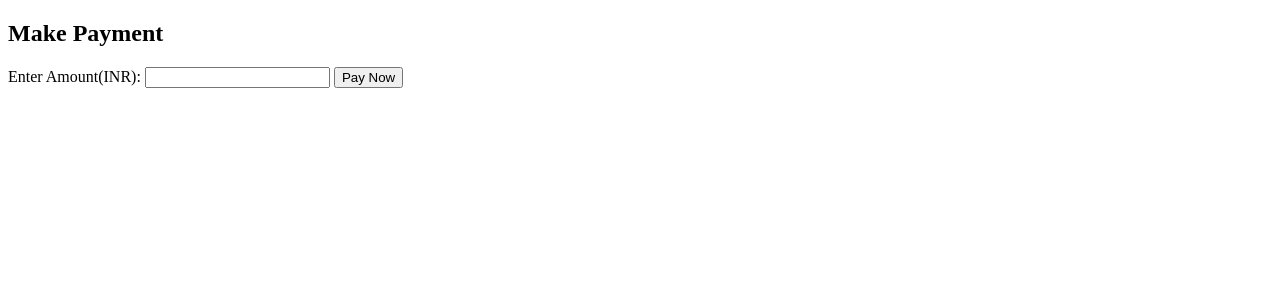
Repository: dinesh2004-dev/Projects
Page: farm-rental-equipment-system/Farm-Rental-System/src/main/resources/static/index.html
These files come from the project's save history. The page is drawn as it stood at one moment and after the next save; the edit follows.
The browser window is 1280 px wide. The pictures show the whole page.

Above is the page before, as saved 2025-05-15 06:20:03.

After the next save:
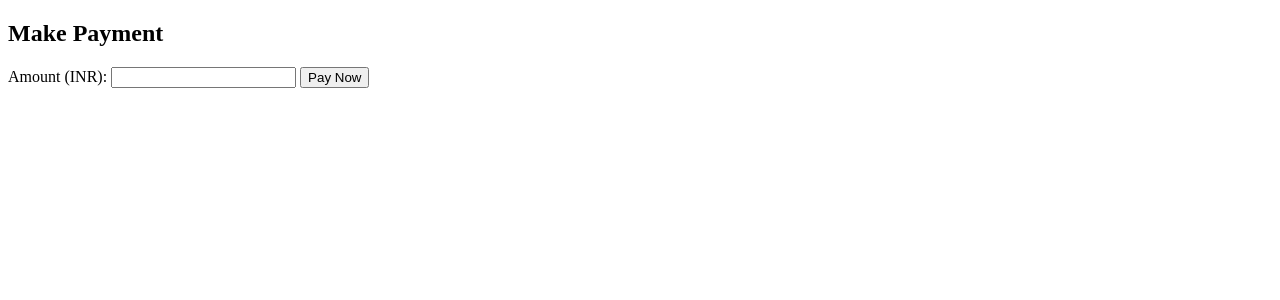
Saved 67 s later.
--- a/farm-rental-equipment-system/Farm-Rental-System/src/main/resources/static/index.html
+++ b/farm-rental-equipment-system/Farm-Rental-System/src/main/resources/static/index.html
@@ -1,66 +1,82 @@
 <!DOCTYPE html>
 <html>
-	<head>
-		<title>Razorpay Payment Gateway</title>
-	</head>
-	<body>
-		<h2>Make Payment</h2>
+  <head>
+    <title>Razorpay Payment Gateway</title>
+  </head>
+  <body>
+    <h2>Make Payment</h2>
 
-		<form id = "paymentform">
-			<label for = "amount">Enter Amount(INR):</label>
-			<input type ="number" id = "amount" name = "amount">
-			<input type="hidden" id="bookingId" name="bookingId">
-			<button type = "button" onclick="initiatePayment()">Pay Now</button>
-		</form>
-		<script>
-		  // Get bookingId from URL and set it to the input
-		  const params = new URLSearchParams(window.location.search);
-		  const bookingId = params.get("bookingId");
+    <form id="paymentform">
+      <label for="amount">Amount (INR):</label>
+      <input type="number" id="amount" name="amount" readonly />
 
-		  if (bookingId) {
-		    document.getElementById("bookingId").value = bookingId;
-		  }
-		</script>
-		<script src="https://checkout.razorpay.com/v1/checkout.js"></script>
-		<script>
-			function initiatePayment(){
+      <input type="hidden" id="bookingId" name="bookingId" />
+      <button type="button" onclick="initiatePayment()">Pay Now</button>
+    </form>
 
-				const amount = parseInt(document.getElementById('amount').value, 10);
+    <script src="https://checkout.razorpay.com/v1/checkout.js"></script>
 
-				const bookingId = document.getElementById('bookingId').value;
+    <script>
+      let razorpayOrder = null;
 
-				const token = localStorage.getItem("jwt_token");
+      const params = new URLSearchParams(window.location.search);
+      const bookingId = params.get("bookingId");
 
-				fetch("http://localhost:8080/api/payment/create-order",{
-					method : "POST",
-					headers:{
-						"Authorization" : "Bearer " + token,
+      if (!bookingId) {
+        alert("Booking ID is missing in the URL!");
+      } else {
+        document.getElementById("bookingId").value = bookingId;
 
-						"Content-Type" : "application/x-www-form-urlencoded",
+        const token = localStorage.getItem("jwt_token");
 
-					},
-					body : `amount=${amount}&bookingId=${bookingId}`
-				})
-				.then(response => response.json())
-				.then(order => {
-						const options = {
-							         key: "rzp_test_jZ1nAY5xoJtd66", // Replace with your key
-							         amount: order.amount,
-							         currency: order.currency,
-							         name: "Test Payment",
-							         description: "Testing Razorpay Integration",
-							         order_id: order.id,
-									 "callback_url": "http://localhost:8080/api/payment/payment-callback",
-									 "prefill": {
-									                  "name": "User Name",
-									                  "email": "user@example.com",
-												}
+        // Call backend to create Razorpay order on page load
+        fetch(`http://localhost:8080/api/payment/create-order?bookingId=${bookingId}`, {
+          method: "POST",
+          headers: {
+            "Authorization": "Bearer " + token,
+            "Content-Type": "application/x-www-form-urlencoded"
+          }
+        })
+          .then(response => {
+            if (!response.ok) {
+              throw new Error("Failed to fetch Razorpay order");
+            }
+            return response.json();
+          })
+          .then(order => {
+            // Save order info for payment
+            razorpayOrder = order;
+            document.getElementById("amount").value = order.amount / 100;
+          })
+          .catch(error => {
+            console.error("Error fetching Razorpay order:", error);
+            alert("Failed to fetch payment information.");
+          });
+      }
 
-						};
-						const rzp1 = new Razorpay(options);
-						rzp1.open();
-				});
-			}
-		</script>
-	</body>
+      function initiatePayment() {
+        if (!razorpayOrder) {
+          alert("Payment info not ready yet.");
+          return;
+        }
+
+        const options = {
+          key: "rzp_test_jZ1nAY5xoJtd66", // Replace with your actual key
+          amount: razorpayOrder.amount,
+          currency: razorpayOrder.currency,
+          name: "Test Payment",
+          description: "Booking Payment",
+          order_id: razorpayOrder.id,
+          callback_url: "http://localhost:8080/api/payment/payment-callback",
+          prefill: {
+            name: "User Name",
+            email: "user@example.com"
+          }
+        };
+
+        const rzp = new Razorpay(options);
+        rzp.open();
+      }
+    </script>
+  </body>
 </html>
